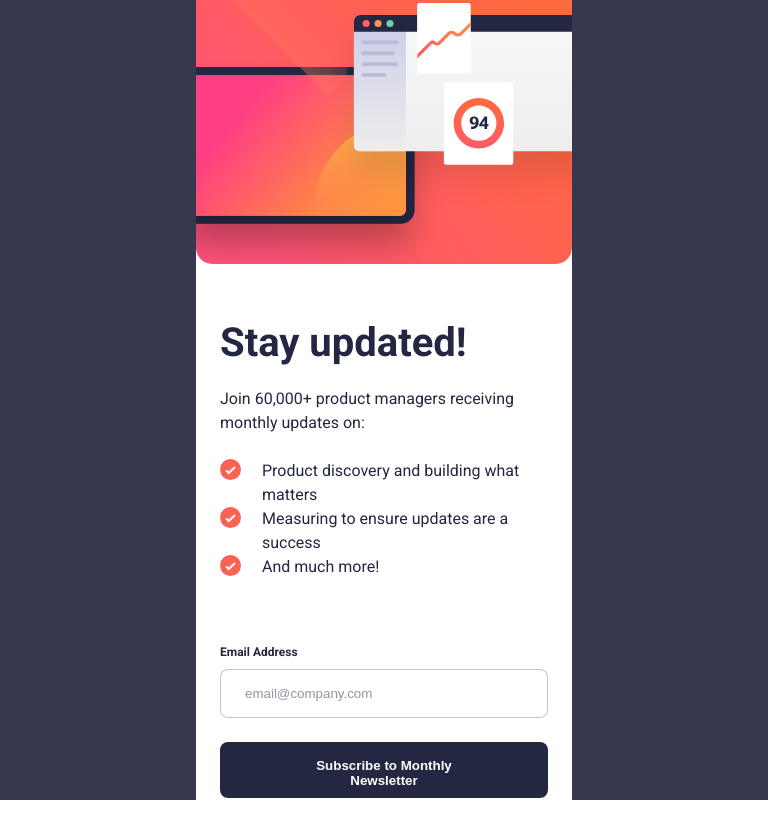
Repository: brandontaylor1/newsletter-signup
Page: index.html
These files come from the project's save history. The page is drawn as it stood at one moment and after the next save; the edit follows.
The browser window is 768 px wide. The pictures show the whole page.

Above is the page before, as saved 2025-01-20 09:02:24.

### index.html
<!DOCTYPE html>
<html lang="en">
<head>
    <meta charset="UTF-8">
    <meta name="viewport" content="width=device-width, initial-scale=1.0">
    <link rel="preconnect" href="https://fonts.googleapis.com">
    <link rel="preconnect" href="https://fonts.gstatic.com" crossorigin>
    <link href="https://fonts.googleapis.com/css2?family=Roboto:ital,wght@0,100..900;1,100..900&display=swap" rel="stylesheet">
    <link rel="stylesheet" href="styles.css">
    <title>Newsletter Sign Up</title>
</head>
<body>
    <main class="container">
        <div class="card">
            <div class="card-content">
                <div class="card-content-text">
                    <h1>Stay updated!</h1>
                    <p>Join 60,000+ product managers receiving monthly updates on: </p>
                    <ul class="card-content-list">
                        <div class="list-item">
                            <img src="./assets/images/icon-list.svg" alt="list-image1">
                            <li>Product discovery and building what matters</li>
                        </div>
                        <div class="list-item">
                            <img src="./assets/images/icon-list.svg" alt="list-image2">
                            <li>Measuring to ensure updates are a success</li>
                        </div>
                        <div class="list-item">
                            <img src="./assets/images/icon-list.svg" alt="list-image3">
                            <li>And much more!</li>
                        </div>
                    </ul>
                    <form id="form">
                        <div>
                            <div class="label-content">
                                <label for="email" id="email-label">Email Address</label><br>
                                <span id="email-error" class="error-message"></span>
                            </div>
                            <input type="text" id="email" name="email" placeholder="email@company.com">
                        </div>
                        <button class="submit-btn">Subscribe to Monthly Newsletter</button>
                    </form>
                </div>
            </div>
            <div class="card-image">
                <img src="./assets/images/illustration-sign-up-desktop.svg" class="responsive-image" alt="desktop image">
            </div>
        </div>
    </main>


    <script type="text/javascript" src="https://unpkg.com/validator.tool/dist/validator.min.js"></script>
    <script src="index.js"></script>
</body>
</html>

### styles.css
* {
    margin: 0;
    padding: 0;
    box-sizing: border-box;
}

:root {
    /* COLORS */

    --primary-color-tomato: hsl(4, 100%, 67%);
    --neutral-color-white: hsl(0, 0%, 100%);
    --neutral-color-darkGray: hsl(234, 29%, 20%);
    --neutral-color-charcoalGray: hsl(235, 18%, 26%);
    --neutral-color-gray: hsl(231, 7%, 60%);

    /* FONTS */
    --fontWeight-regular: 400;
    --fontWeight-heavy: 700;
}

body {
    font-family: "Roboto", sans-serif;
    font-size: 16px;
    line-height: 1.5;
}

.container {
    width: 100%;
    height: 100vh;
    background-color: var(--neutral-color-charcoalGray);
    display: flex;
    justify-content: center;
    align-items: center;
}

.card {
    height: 641px;
    width: 928px;
    background-color: var(--neutral-color-white);
    border-radius: 36px;
    display: grid;
    grid-template-columns: 1fr auto;
    grid-template-rows: 1fr;
    padding: 24px;
}

.card-content {
    display: flex;
    flex-direction: column;
    justify-content: center;
    align-items: center;
    padding: 40px;
    order: 1;

}

.card-image {
    order: 2;
}

.card-content-text {
    height: 446px;
    width: 376px;
    display: flex;
    flex-direction: column;
    align-items: left;
}

.card-content h1 {
    color: var(--neutral-color-darkGray);
    font-feature-settings: 'liga' off, 'clig' off;

    /* Heading */
    font-family: Roboto;
    font-size: 56px;
    font-style: normal;
    font-weight: 700;
    line-height: 100%; /* 56px */
}

.card-content p {
    padding: 24px 0;
    color: var(--neutral-color-darkGray);
    font-size: 16px;
    font-weight: 400;
    line-height: 150%; /* 24px */
    font-family: "Roboto", sans-serif;
}

.card-content-list {
    list-style-type: none;
}

.card-content-list li {
    margin-left: 21px;
    padding-bottom: 10px;
    color: var(--neutral-color-darkGray);
    font-family: Roboto;
    font-size: 16px;
    font-style: normal;
    font-weight: 400;
    line-height: 150%; /* 24px */
}

.list-item {
    width: 100%;
    height: 24px;
    display: flex;
    margin-bottom: 10px;
}

.list-item img {
    height: 21px;
    width: 21px;
}

#form {
    margin-top: 40px;
}

label {
    color: var(--Dark-Navy, #242742);
    font-family: Roboto;
    font-size: 12px;
    font-style: normal;
    font-weight: 700;
    line-height: 150%; /* 18px */
    margin-bottom: 8px;
}


.label-content {
    display: flex;
    justify-content: space-between;
    align-items: center;
}

#email-error {
    color: var(--primary-color-tomato);
    font-family: Roboto;
    font-size: 12px;
    font-style: normal;
    font-weight: 700;
    line-height: 150%; /* 18px */
}


#email {
    width: 100%;
    border-radius: 8px;
    border: 1px solid var(--grey-25, rgba(25, 24, 43, 0.25));
    padding: 16px 24px;
}

#email::placeholder {
    color: var(--neutral-color-gray);
}

.submit-btn {
    margin-top: 24px;
    width: 100%;
    height: 56px;
    padding: 16px 71px;
    border-radius: 8px;
    font-weight: 700;
    border: none;
    background: var(--neutral-color-darkGray);
    color: var(--neutral-color-white);
    cursor: pointer;
}

.submit-btn:hover {
    border-radius: 8px;
    background: var(--Gradient-1, linear-gradient(204deg, #FF6A3A 0%, #FF527B 100%));
    box-shadow: 0px 16px 32px 0px rgba(255, 97, 85, 0.50);
    cursor: pointer;
    transition: all 0.3s ease;
}

.card-image img {
    object-fit: contain;
    width: 400px;
}

.responsive-image {
    content: url("./assets/images/illustration-sign-up-desktop.svg")
}

/* Responsive */

@media screen and (max-width: 800px) {
    .card {
        grid-template-columns: 1fr;
        grid-template-rows: auto 1fr;
    }

    .responsive-image {
        content: url("./assets/images/illustration-sign-up-mobile.svg");
        width: 100%;
    }

    .card {
        padding: 0;
        width: 376px;
        height: 842px;
        border-radius: 0px;
    }

    .card-content {
        order: 2;
        padding: 0px;
    }

    .card-content-text {
        padding: 0px 24px;
        height: 446px;
        width: 376px;
    }


    .card-content-text h1 {
        color: var(--Dark-Navy, #242742);
        font-family: Roboto;
        font-size: 40px;
        font-style: normal;
        font-weight: 700;
        line-height: 100%; /* 40px */
    }

    .card-image {
        order: 1;
    }

    .card-image img {
        object-fit: cover;
        width: 100%;

    }

    .list-item {
        margin-bottom: 24px;
    }

}

### index.js
const form = document.querySelector('form');

const validateEmail = (email) => {
    const re = /^[^\s@]+@[^\s@]+\.[^\s@]+$/;
    return re.test(String(email).toLowerCase());
};

form.onsubmit = (e) => {
    e.preventDefault();
    const email = document.getElementById('email').value;
    const emailErrorElement = document.getElementById('email-error');
    let isValid = true;

    if (!validateEmail(email)) {
        emailErrorElement.textContent = 'Valid Email Required!';
        isValid = false;
    } else {
        emailErrorElement.textContent = '';
    }

    if (isValid) {
        // No errors, proceed with form submission
        const values = { email };
        console.log(values);
        form.reset();
        window.location.href = 'success.html';
    }
};

form.onreset = (evn) => {
    // Clear error messages
    document.querySelectorAll('.error-message').forEach(el => el.textContent = '');
};

After the next save:
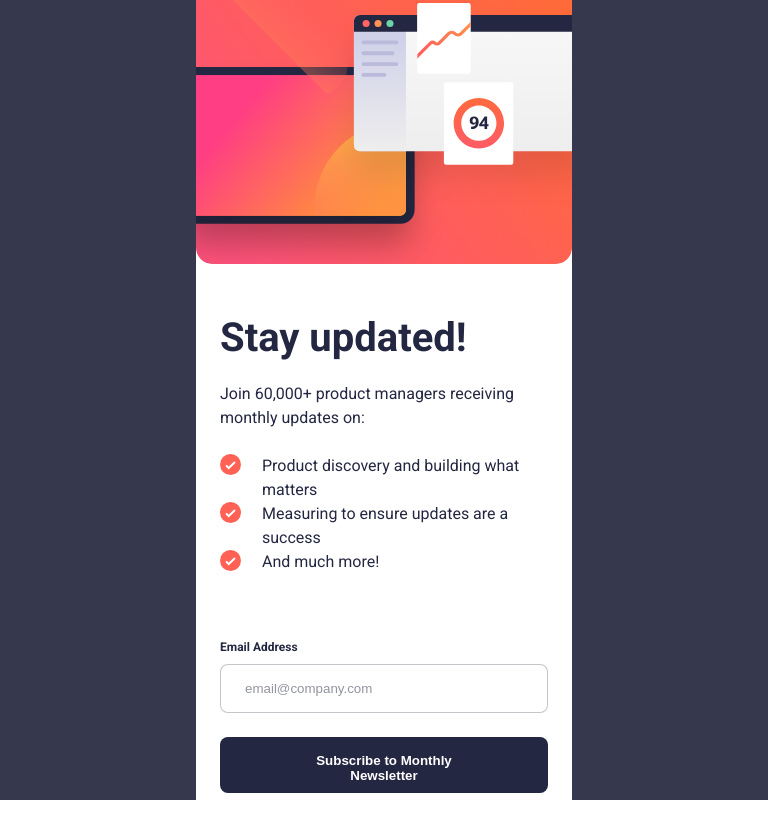
Saved 38 s later.
--- a/styles.css
+++ b/styles.css
@@ -212,6 +212,7 @@
     }
 
     .card-content-text {
+        margin-top: -10px;
         padding: 0px 24px;
         height: 446px;
         width: 376px;

After the save that followed:
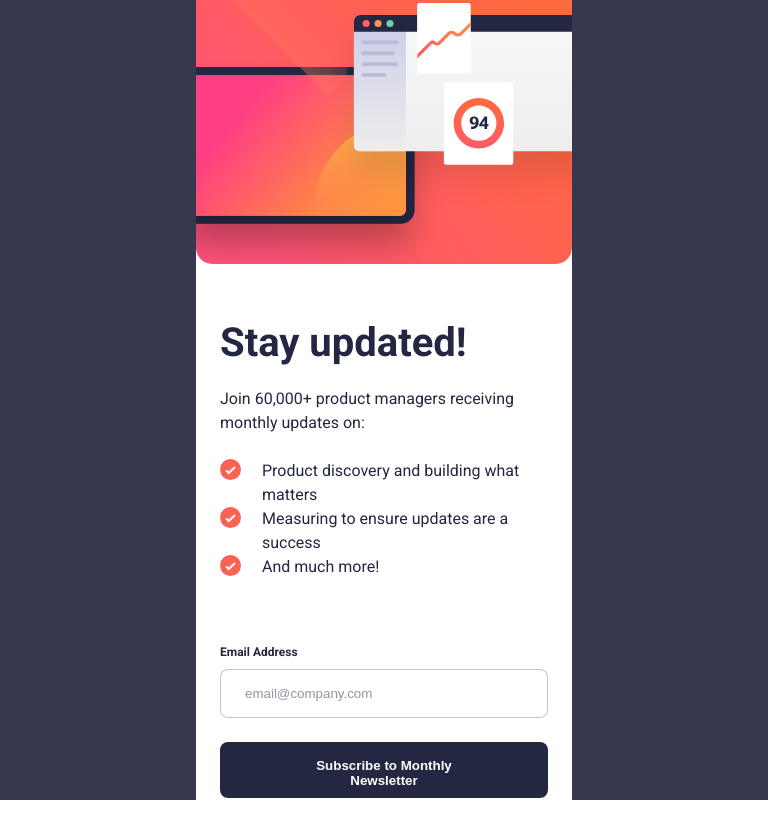
Saved 11 s later.
--- a/styles.css
+++ b/styles.css
@@ -212,7 +212,7 @@
     }
 
     .card-content-text {
-        margin-top: -10px;
+        margin-top: -0px;
         padding: 0px 24px;
         height: 446px;
         width: 376px;
